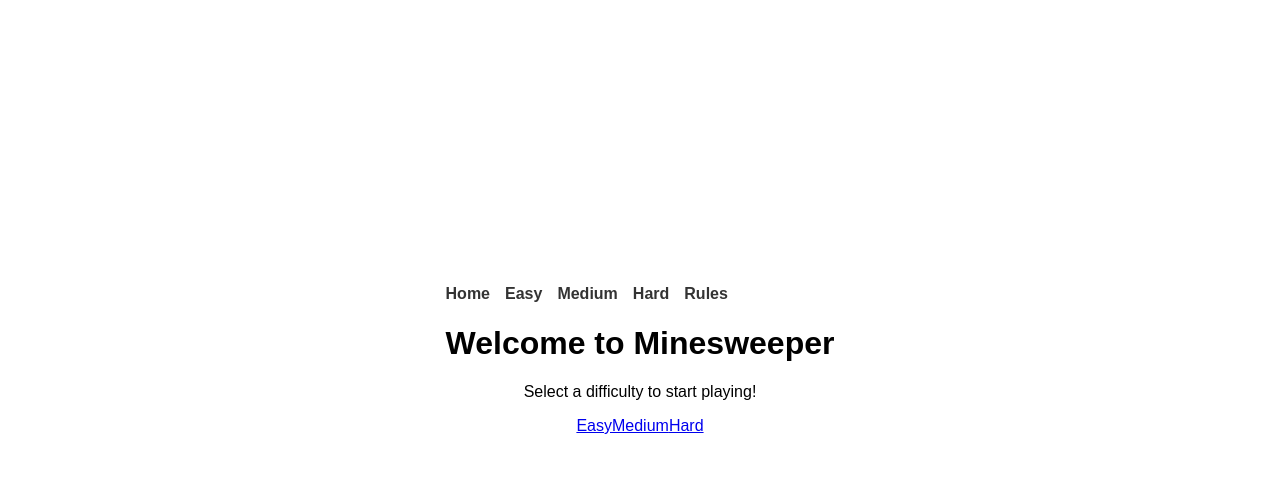
Repository: liwingy/-WingYee-_-Li-project2
Page: / (app in minesweeper/)
These files come from the project's save history. The page is drawn as it stood at one moment and after the next save; the edit follows.
The browser window is 1280 px wide. The pictures show the whole page.
The project was rebuilt for these pictures with package versions that can differ from the ones it lists, and the page was loaded fresh each time. Also part of the build but not shown: minesweeper/src/components/Cell.js, minesweeper/src/views/Game.js, minesweeper/src/views/Rules.js.

Above is the page before, as saved 2024-11-11 13:50:13.

After the next save:
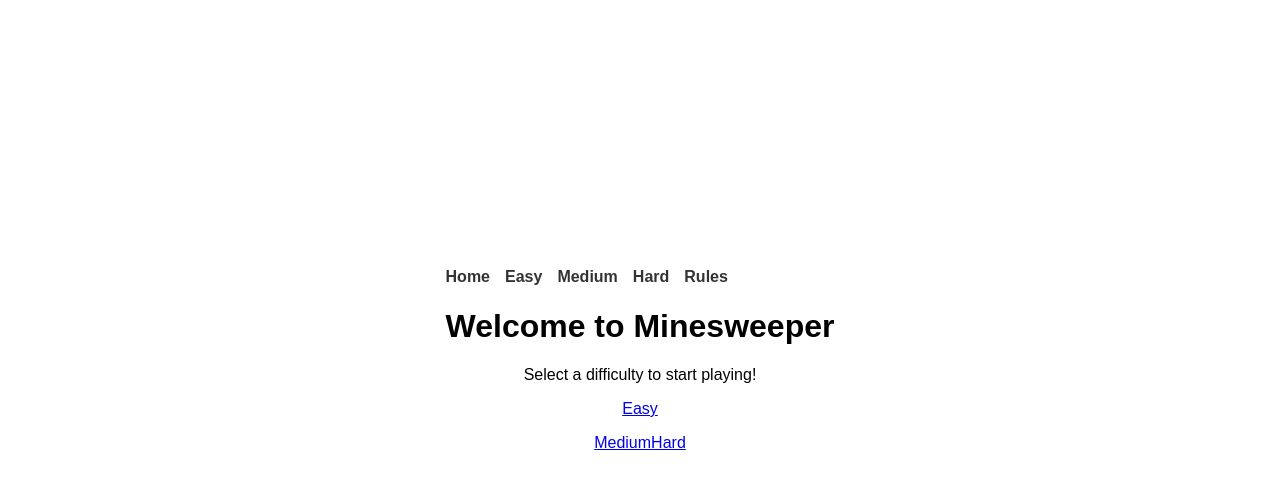
Saved 3 min 15 s later.
--- a/minesweeper/src/views/Homepage.js
+++ b/minesweeper/src/views/Homepage.js
@@ -6,7 +6,7 @@
     <div>
       <h1>Welcome to Minesweeper</h1>
       <p>Select a difficulty to start playing!</p>
-      <Link to="/game/easy">Easy</Link>
+      <p><Link to="/game/easy">Easy</Link></p>
       <Link to="/game/medium">Medium</Link>
       <Link to="/game/hard">Hard</Link>
     </div>

After the save that followed:
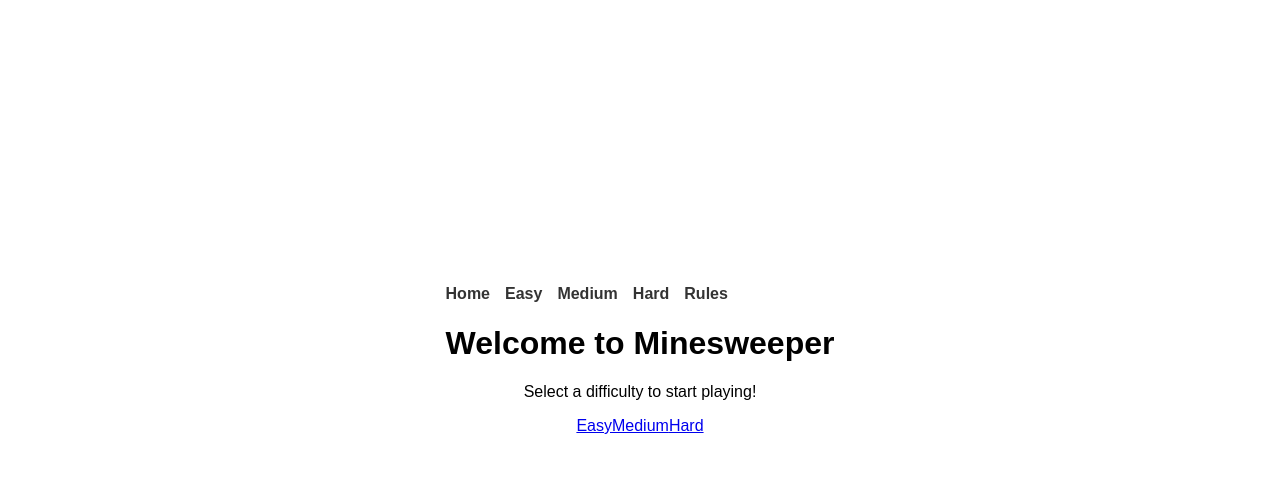
Saved 19 s later.
--- a/minesweeper/src/views/Homepage.js
+++ b/minesweeper/src/views/Homepage.js
@@ -6,7 +6,7 @@
     <div>
       <h1>Welcome to Minesweeper</h1>
       <p>Select a difficulty to start playing!</p>
-      <p><Link to="/game/easy">Easy</Link></p>
+      <Link to="/game/easy">Easy</Link>
       <Link to="/game/medium">Medium</Link>
       <Link to="/game/hard">Hard</Link>
     </div>
